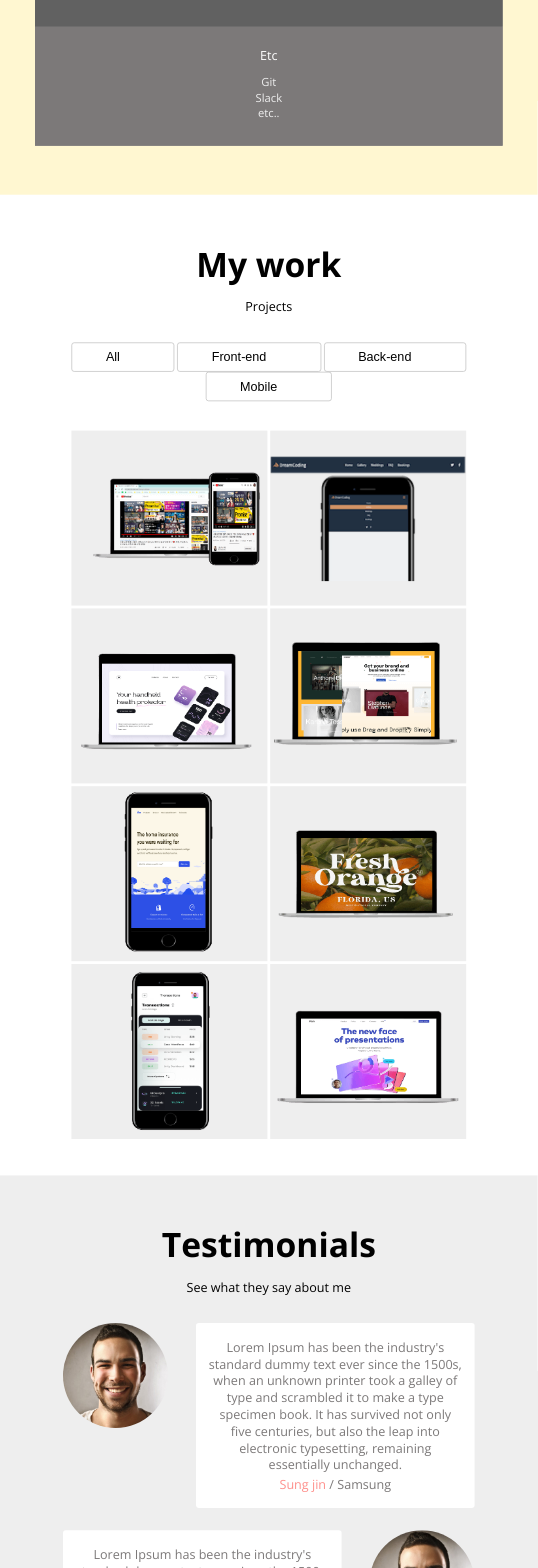
Repository: dhchun1203/Portfolio
Page: index.html
The author's editor kept a copy of each file at every save. The page is drawn from the files as they stood at one save, then again after the next save.
The browser window is 768 px wide. The pictures show the part of the page from y = 3123 to 5363 px (the page is 6071 px tall), at 70% of full size.
Some web libraries are served in a nearby version.

Above is the page before, as saved 2020-12-08 23:19:37.

After the next save:
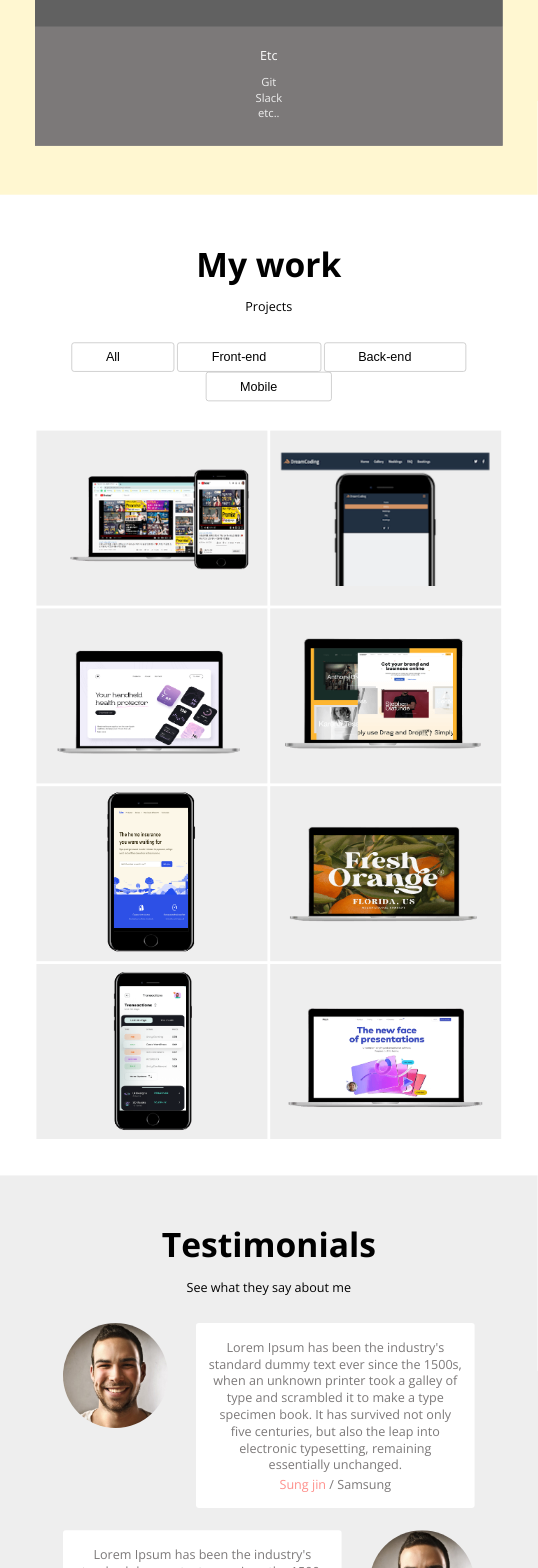
Saved 39 s later.
--- a/style.css
+++ b/style.css
@@ -425,4 +425,7 @@
 	.skillset {
 		flex-direction: column;
 	}
-}
+	.project {
+		flex-grow: 1;
+	}
+}
